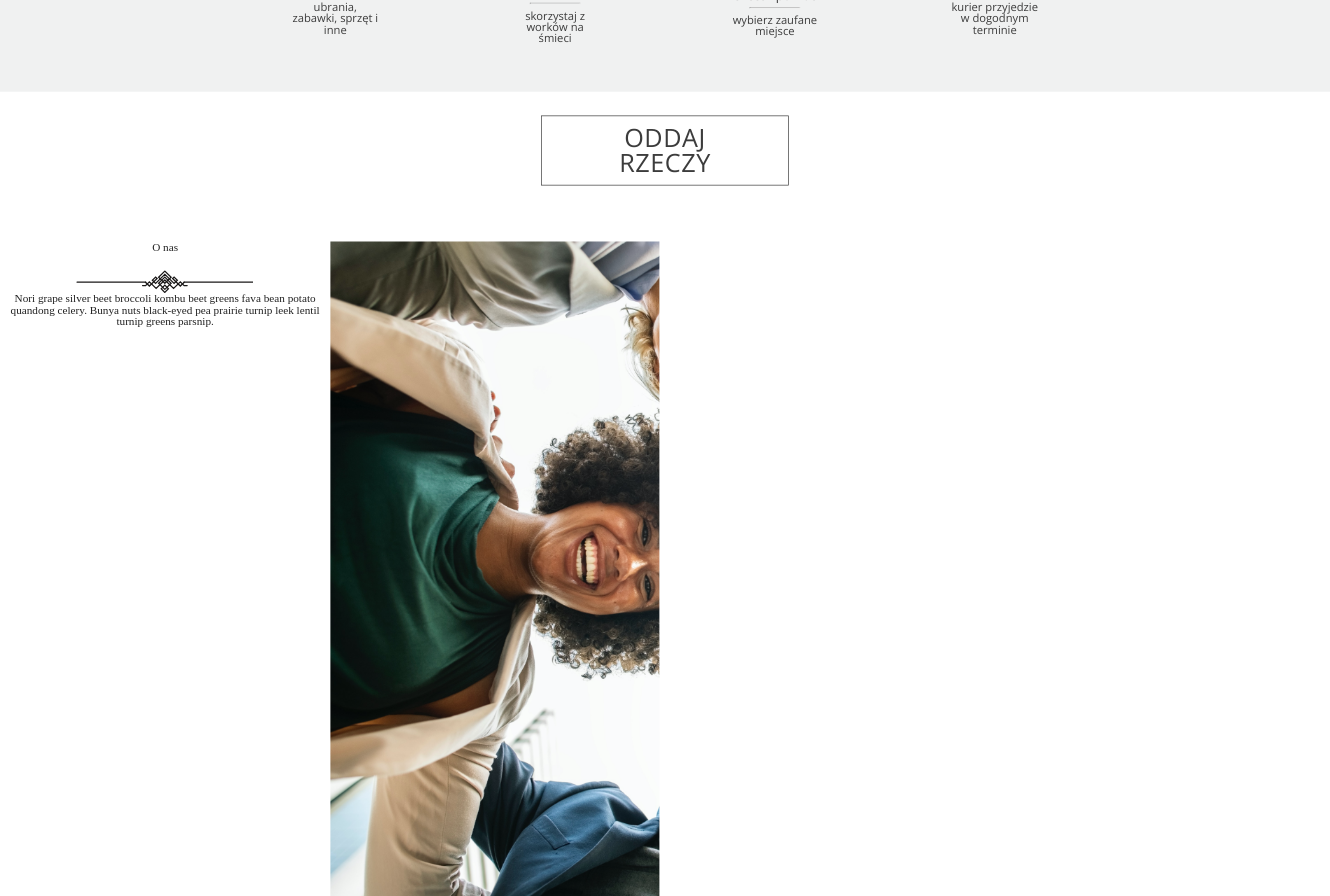
Repository: tomekwoojcik/oddam-w-dobre-rence
Page: /
An editor plug-in stored every save of this project. The page is shown before and after the next save, followed by the edit.
The browser window is 1280 px wide. The page is 1900 px wide, so the pictures cover 1900 px, including what lies to the right of the window. The pictures show the part of the page from y = 1720 to 3000 px (the page is 3000 px tall), at 70% of full size.
The project was rebuilt for these pictures with package versions that can differ from the ones it lists, and the page was loaded fresh each time. Also part of the build but not shown: src/pages/logIn/logIn.js, src/pages/register/register.js.

Above is the page before, as saved 2022-12-08 09:11:55.

After the next save:
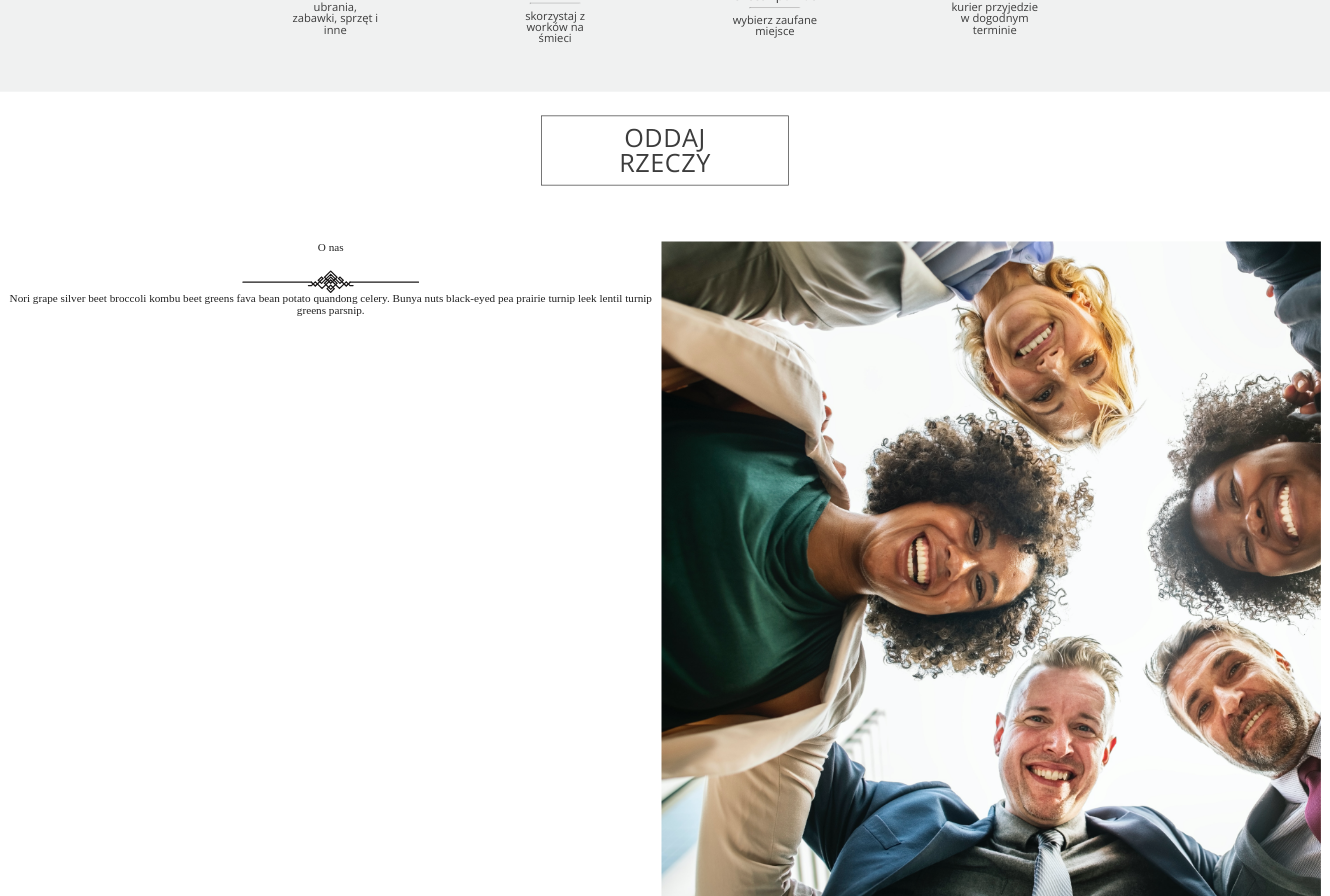
Saved 51 s later.
--- a/src/components/organisms/aboutUsBar/_aboutUsBar.scss
+++ b/src/components/organisms/aboutUsBar/_aboutUsBar.scss
@@ -2,7 +2,6 @@
 @import '../../atoms/aboutUsText/aboutUsText';
 
 .aboutUsBar{
-    width: 942px;
     height: 935px;
     display: flex;
 }
